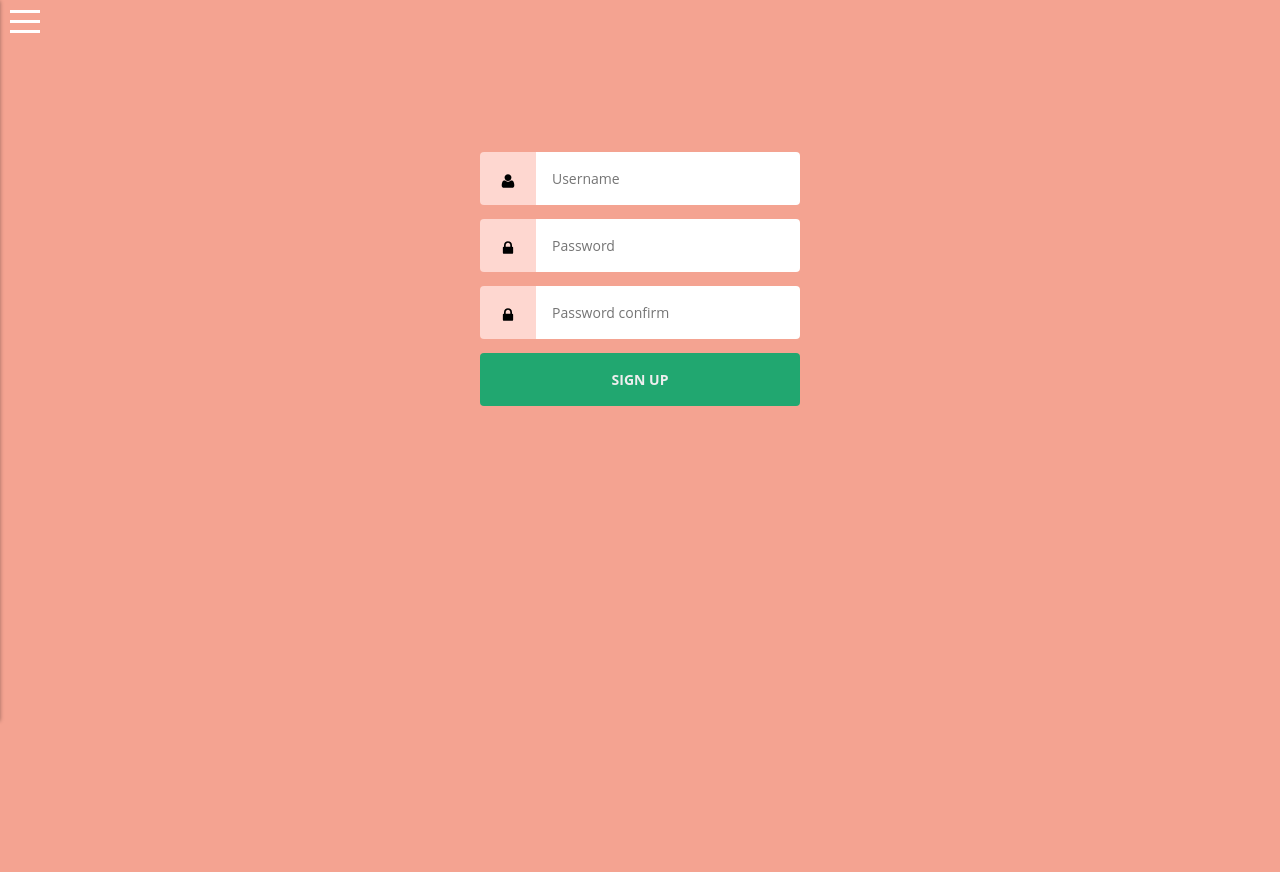
Repository: se-yoo/ChangeSeat
Page: http://localhost/ChangeSeat/signUp.jsp
These files come from the project's save history. The page is drawn as it stood at one moment and after the next save; the edit follows.
The browser window is 1280 px wide. The pictures show the whole page.
Some web libraries are served in a nearby version. The page is served by Tomcat 9.

Above is the page before, as saved 2018-06-25 09:49:34.

### ChangeSeat/WebContent/signUp.jsp
<%@ page language="java" contentType="text/html; charset=UTF-8"
    pageEncoding="UTF-8"%>
<jsp:forward page="templateTest.jsp">
	<jsp:param name="CONTENTPAGE" value="signUpProc.jsp"/>
</jsp:forward>

### ChangeSeat/WebContent/templateTest.jsp
<%@ page language="java" contentType="text/html; charset=UTF-8"
    pageEncoding="UTF-8"%>
<!DOCTYPE html>
<html>
<head>
<meta charset="UTF-8">
<title>자리바꾸기</title>
<meta name="viewport" content="width=device-width, initial-scale=1">
 <title>Side Menu</title>
 <link rel="stylesheet" href="templateStyle.css">
 <link href='https://fonts.googleapis.com/css?family=Pacifico' rel='stylesheet' type='text/css'>
 <script src="//ajax.googleapis.com/ajax/libs/jquery/1.6.1/jquery.min.js" type="text/javascript"></script>
 <script>
$(document).ready(function(){
  /*
  $(".first").mouseover(function(){
    $(".second").css("background-color", '#6b81d5');
    $(".first").css("background-color", '#D56B81');

  });
  $(".second").mouseover(function(){
    $(".second").css("background-color", '#8a6bd5');
    $(".first").css("background-color", '#6bd5bf');

  });
  */
  $(".wrap").click(function(){
    $(".top").toggleClass("addedtop");
    $(".mid").toggleClass("addedmid");
    $(".bot").toggleClass("addedbot");
$(".side").toggleClass("triggered");
    $(".sidebtn").toggleClass("sideopacity");


  });

}); //final
</script>
</head>
<body>
<%
	String contentpage=request.getParameter("CONTENTPAGE");
%>
  <div class="wrap">
<span class="line top"></span>
  <span class="line mid"></span>
  <span class="line bot"></span>
  </div>
  <div class="side">
    <a href="main.jsp" class="sidebtn">홈</a>
    <a href="#" class="sidebtn">자리바꾸기</a>
    <a href="#" class="sidebtn">조편성</a>
    <a href="#" class="sidebtn">정보관리</a>
  </div>
  <jsp:include page="<%= contentpage %>"></jsp:include>
</body>
</html>

### ChangeSeat/WebContent/signUpProc.jsp
<%@ page language="java" contentType="text/html; charset=UTF-8"
	pageEncoding="UTF-8"%>
<!DOCTYPE html>
<html>
<head>
<meta content="text/html; charset=UTF-8">
<title></title>
 <link rel="stylesheet" href="signUpStyle.css">
</head>
<body>
	<div class="grid">

    <form action="https://httpbin.org/post" method="POST" class="form login">

      <div class="form__field">
        <label for="login__username"><svg class="icon"><use xmlns:xlink="http://www.w3.org/1999/xlink" xlink:href="#user"></use></svg><span class="hidden">Username</span></label>
        <input id="login__username" type="text" name="username" class="form__input" placeholder="Username" required>
      </div>

      <div class="form__field">
        <label for="login__password"><svg class="icon"><use xmlns:xlink="http://www.w3.org/1999/xlink" xlink:href="#lock"></use></svg><span class="hidden">Password</span></label>
        <input id="login__password" type="password" name="password" class="form__input" placeholder="Password" required>
      </div>

      <div class="form__field">
        <label for="login__password2"><svg class="icon"><use xmlns:xlink="http://www.w3.org/1999/xlink" xlink:href="#lock"></use></svg><span class="hidden">Password</span></label>
        <input id="login__password2" type="password" name="password2" class="form__input" placeholder="Password confirm" required>
      </div>

      <div class="form__field">
        <input type="submit" value="Sign Up">
      </div>

    </form>
  </div>

	  <svg xmlns="http://www.w3.org/2000/svg" class="icons"><symbol id="arrow-right" viewBox="0 0 1792 1792">
	  <path d="M1600 960q0 54-37 91l-651 651q-39 37-91 37-51 0-90-37l-75-75q-38-38-38-91t38-91l293-293H245q-52 0-84.5-37.5T128 1024V896q0-53 32.5-90.5T245 768h704L656 474q-38-36-38-90t38-90l75-75q38-38 90-38 53 0 91 38l651 651q37 35 37 90z"/>
	  </symbol><symbol id="lock" viewBox="0 0 1792 1792">
	  <path d="M640 768h512V576q0-106-75-181t-181-75-181 75-75 181v192zm832 96v576q0 40-28 68t-68 28H416q-40 0-68-28t-28-68V864q0-40 28-68t68-28h32V576q0-184 132-316t316-132 316 132 132 316v192h32q40 0 68 28t28 68z"/>
	  </symbol><symbol id="user" viewBox="0 0 1792 1792"><path d="M1600 1405q0 120-73 189.5t-194 69.5H459q-121 0-194-69.5T192 1405q0-53 3.5-103.5t14-109T236 1084t43-97.5 62-81 85.5-53.5T538 832q9 0 42 21.5t74.5 48 108 48T896 971t133.5-21.5 108-48 74.5-48 42-21.5q61 0 111.5 20t85.5 53.5 62 81 43 97.5 26.5 108.5 14 109 3.5 103.5zm-320-893q0 159-112.5 271.5T896 896 624.5 783.5 512 512t112.5-271.5T896 128t271.5 112.5T1280 512z"/></symbol></svg>

</body>
</html>

### ChangeSeat/WebContent/templateStyle.css
@CHARSET "UTF-8";
@font-face{
	font-family:yangFont;
	src:url('yangfont05.ttf') format('truetype');
}
@font-face{
	font-family:Nanum;
	src:url('NanumBarunGothicLight.ttf') format('truetype');
}
body {
  background-color:#f4a391;
  margin: 0;
  padding: 0;
  font-family:Nanum;
}
html,body {
 height:80%;
}
.line {
 display: block;
  height:3px;
  width:30px;
  background-color:white;
  margin-top:5px;
  position: absolute;
  top:0;

  transition: all .4s ease-in-out;
}
.wrap {
 height:80px;
  position: relative;
  top:5px;
  left:10px;
  width: 30px;
  z-index: +150;
  cursor: pointer;
  height:30px;
  position: fixed;
}

.mid {
 top:10px;
}
.bot {
top:20px;
}

.addedmid {
  transform: rotate(135deg);
}
.addedtop {
  transform: rotate(45deg);
  top:10px;
}
.addedbot {
 opacity: 0;
}
.side {
	font-family: yangFont;
	width:20%;
  	position: fixed;
  	height:100%;
  	text-align: center;
  	left:-20%;
  	z-index: 80;
  	box-shadow: 0 1px 4px 0 rgba(0,0,0,0.37);
  	top:0;
  	background-color: #21a770;
  	transition: all .5s ease-in-out;
}
.sidebtn {
 text-decoration: none;
  display: block;
  color:white;
  font-size:35px;
  opacity:0;
  width:50%;
  position: relative;
  left:25%;
  top:25%;
  white-space: nowrap;
  line-height:100px;
  transition:all .25s ease-in-out;

}
.sideopacity  {
 opacity: 1;
  transition: all 1s ease-in-out;
}
.sidebtn:hover {
  text-shadow: 2px 2px rgba(0, 0, 0, 0.38);
}
.triggered {
 left:0;
}
.sidebtn::after {
 content: '';
  position: absolute;
  bottom:0;
  left:50%;
  width:0%;
  height:5px;
  background-color: white;
  transition: all .3s ease-out;
}
.sidebtn:hover::after {
 width: 100%;
  left:0;
  box-shadow: 2px 2px rgba(0, 0, 0, 0.38);
}

### ChangeSeat/WebContent/signUpStyle.css
@CHARSET "UTF-8";
@font-face{
	font-family:yangFont;
	src:url('yangfont05.ttf') format('truetype');
}
@font-face{
	font-family:Nanum;
	src:url('NanumBarunGothicLight.ttf') format('truetype');
}
body{
	text-align:center;
	font-size:1.2em;
  color: var(--bodyColor);
  font-family: var(--bodyFontFamily), var(--bodyFontFamilyFallback);
  font-size: var(--bodyFontSize);
  font-weight: var(--bodyFontWeight);
  line-height: var(--bodyLineHeight);
  margin: 0;
  min-height: 100vh;
}

:root {
  --gridMaxWidth: 20rem;
  --gridWidth: 90%;
}

.grid {
margin-top:13%;
  margin-left: auto;
  margin-right: auto;
  max-width: var(--gridMaxWidth);
  width: var(--gridWidth);
}

/* helpers/hidden.css */

.hidden {
  border: 0;
  clip: rect(0 0 0 0);
  height: 1px;
  margin: -1px;
  overflow: hidden;
  padding: 0;
  position: absolute;
  width: 1px;
}

/* helpers/icon.css */

:root {
  --iconFill: var(--baseColor);
}

.icons {
  display: none;
}

.icon {
  display: inline-block;
  fill: var(--iconFill);
  font-size: 1rem;
  height: 1em;
  vertical-align: middle;
  width: 1em;
}

/* layout/base.css */

:root {
  --htmlFontSize: 100%;

  --bodyBackgroundColor: #2c3338;
  --bodyColor: var(--baseColor);
  --bodyFontFamily: 'Open Sans';
  --bodyFontFamilyFallback: sans-serif;
  --bodyFontSize: 0.875rem;
  --bodyFontWeight: 400;
  --bodyLineHeight: 1.5;
}

* {
  box-sizing: inherit;
}

html {
  box-sizing: border-box;
  font-size: var(--htmlFontSize);
}
/* modules/anchor.css */

:root {
  --anchorColor: #eee;
}

a {
  color: var(--anchorColor);
  outline: 0;
  text-decoration: none;
}

a:focus,
a:hover {
  text-decoration: underline;
}

/* modules/form.css */

:root {
  --formFieldMargin: 0.875rem;
}

input {
  background-image: none;
  border: 0;
  color: #f4a391;
  font: inherit;
  margin: 0;
  outline: 0;
  padding: 0;
  transition: background-color 0.3s;
}

input[type='submit'] {
  cursor: pointer;
}

.form {
  margin: calc(var(--formFieldMargin) * -1);
}

.form input[type='password'],
.form input[type='text'],
.form input[type='submit'] {
  width: 100%;
}

.form__field {
  display: flex;
  margin: var(--formFieldMargin);
}

.form__input {
  flex: 1;
}

/* modules/login.css */

:root {
  --loginBorderRadus: 0.25rem;
  --loginColor: #eee;

  --loginInputBackgroundColor: #3b4148;
  --loginInputHoverBackgroundColor: #434a52;

  --loginLabelBackgroundColor: #363b41;

  --loginSubmitBackgroundColor: #ea4c88;
  --loginSubmitColor: #eee;
  --loginSubmitHoverBackgroundColor: #d44179;
}

.login {
  color: var(--loginColor);
}

.login label,
.login input[type='text'],
.login input[type='password'],
.login input[type='submit'] {
  border-radius: var(--loginBorderRadus);
  padding: 1rem;
}

.login label {
  background-color: #fed7d0;
  border-bottom-right-radius: 0;
  border-top-right-radius: 0;
  padding-left: 1.25rem;
  padding-right: 1.25rem;
}

.login input[type='password'],
.login input[type='text'] {
  background-color: white;
  border-bottom-left-radius: 0;
  border-top-left-radius: 0;
}

.login input[type='password']:focus,
.login input[type='password']:hover,
.login input[type='text']:focus,
.login input[type='text']:hover {
  background-color:white;
}

.login input[type='submit'] {
  background-color: #21a770;
  color: var(--loginSubmitColor);
  font-weight: 700;
  text-transform: uppercase;
}

.login input[type='submit']:focus,
.login input[type='submit']:hover {
  background-color: white;
  color:#21a770;
}

/* modules/text.css */

:root {
  --paragraphMarginBottom: 1.5rem;
  --paragraphMarginTop: 1.5rem;
}

p {
  margin-bottom: var(--paragraphMarginBottom);
  margin-top: var(--paragraphMarginTop);
}

.text--center {
  text-align: center;
}

After the next save:
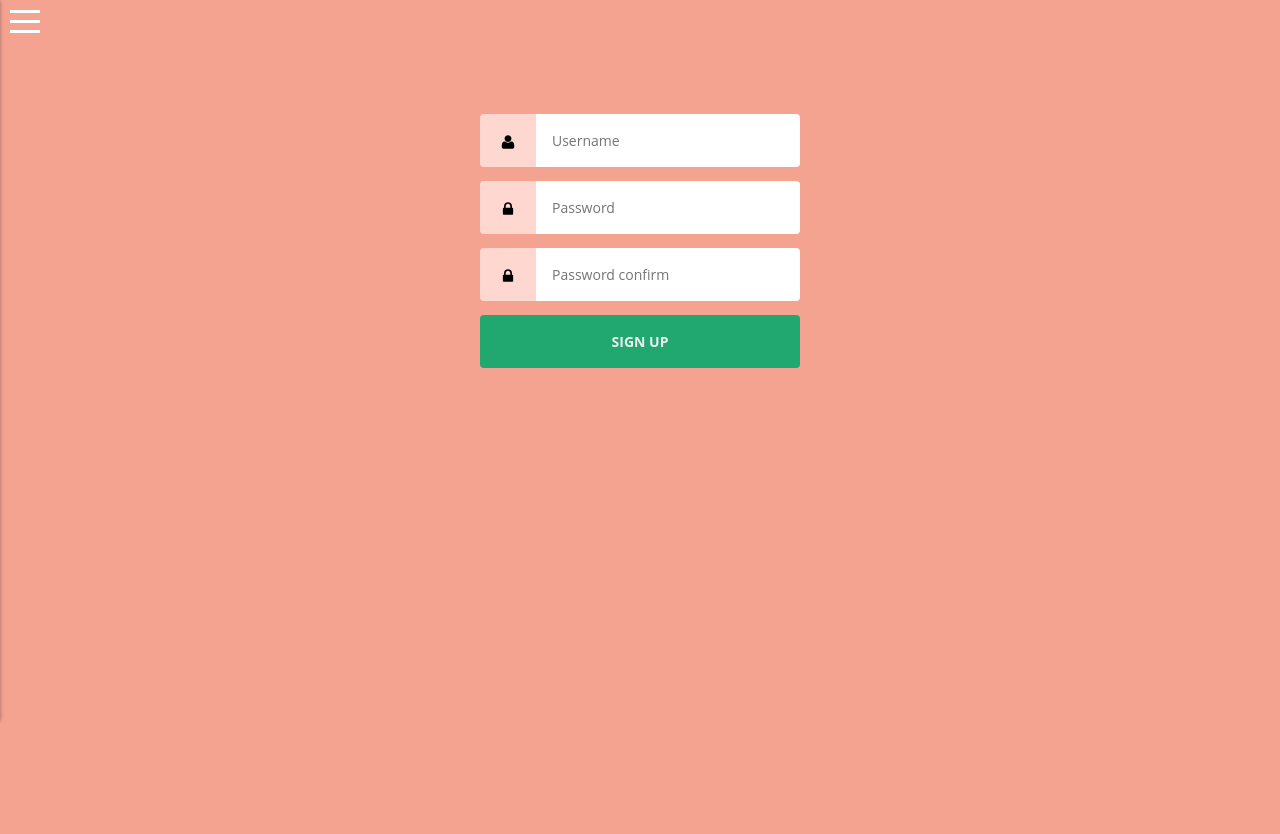
Saved 14 s later.
--- a/ChangeSeat/WebContent/signUpStyle.css
+++ b/ChangeSeat/WebContent/signUpStyle.css
@@ -25,7 +25,7 @@ body{
 }
 
 .grid {
-margin-top:13%;
+margin-top:10%;
   margin-left: auto;
   margin-right: auto;
   max-width: var(--gridMaxWidth);
